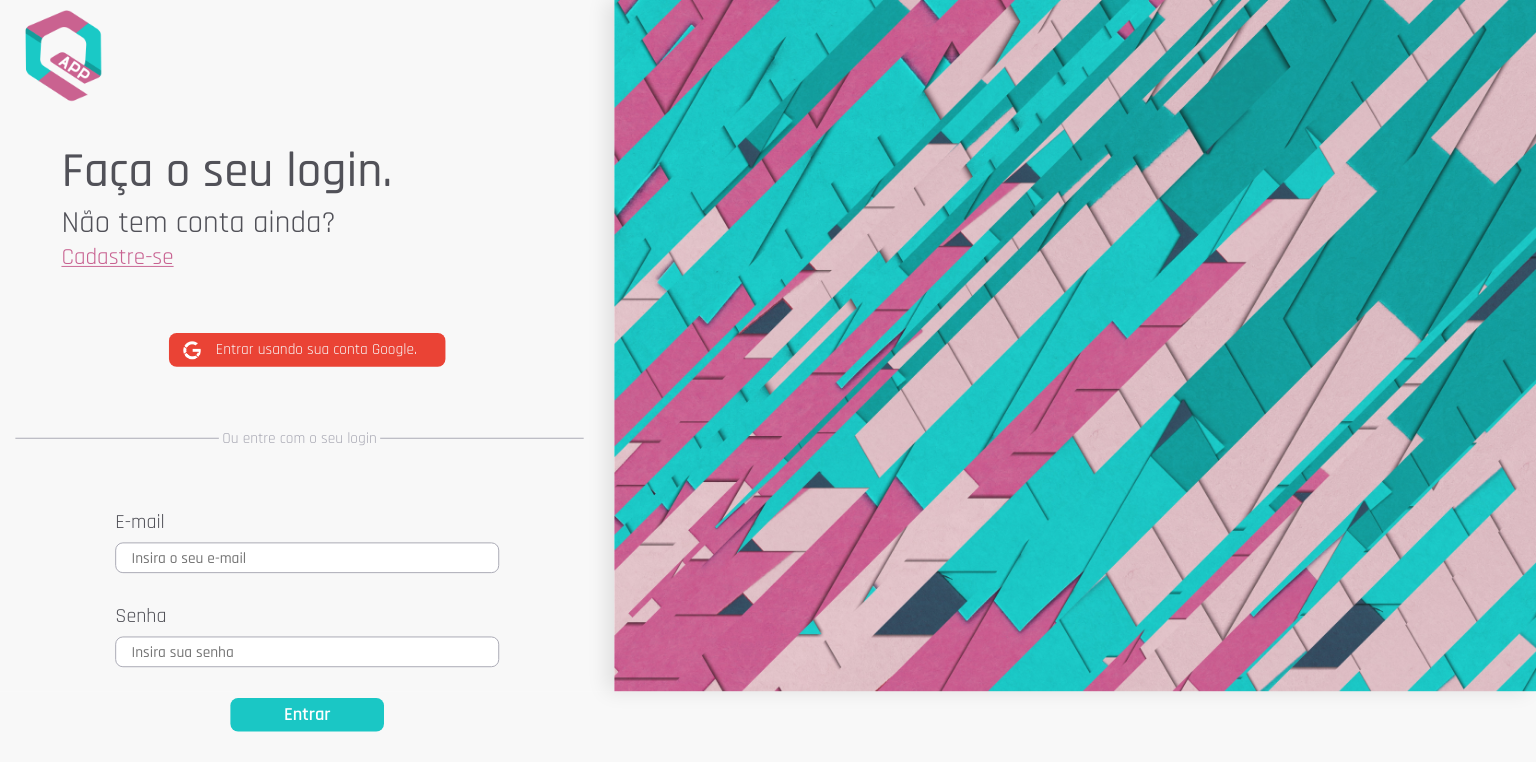
Repository: kika-cavalher/qapp-web
Page: /
The author's editor kept a copy of each file at every save. The page is drawn from the files as they stood at one save, then again after the next save.
The browser window is 1280 px wide. The page is 1600 px wide, so the pictures cover 1600 px, including what lies to the right of the window. The pictures show the whole page, at 96% of full size.
The page's requests for data from a server got no answer. The project was rebuilt for these pictures with package versions that can differ from the ones it lists, and the page was loaded fresh each time. No one was signed in, and anything a server would have sent is missing. Also part of the build but not shown: src/pages/Register.tsx.

Above is the page before, as saved 2022-02-28 14:53:55.

### public/index.html
<!DOCTYPE html>
<html lang="pt-br">
  <head>
    <meta charset="utf-8" />
    <meta name="viewport" content="width=device-width, initial-scale=1" />

    <link rel="preconnect" href="https://fonts.googleapis.com">
    <link rel="preconnect" href="https://fonts.gstatic.com" crossorigin>
    <link href="https://fonts.googleapis.com/css2?family=Rajdhani:wght@300;400;500;600;700&display=swap" rel="stylesheet">

    <title>QApp</title>
  </head>
  <body>
    <noscript>You need to enable JavaScript to run this app.</noscript>
    <div id="root"></div>
  </body>
</html>

### src/index.tsx
import React from 'react';
import ReactDOM from 'react-dom';
import App from './App';

import './styles/global/styles.scss';
import './services/firebase'


ReactDOM.render(
  <React.StrictMode>
    <App />
  </React.StrictMode>,
  document.getElementById('root')
);

### src/App.tsx
import { BrowserRouter, Routes, Route } from "react-router-dom";

import { LoginPage } from "./pages/Login";
import { RegisterPage } from "./pages/Register";

function App() {
  return (
    <BrowserRouter>
      <Routes>
        <Route path="/" element={<LoginPage />} />
        <Route path="register" element={<RegisterPage  />} />
      </Routes>
    </BrowserRouter>
  );
}

export default App;

### src/styles/global/styles.scss
@import 'variables.scss';

* {
    box-sizing: border-box;
    margin: 0;
    padding: 0;
  }

  body {
    background: $white-offwhite;
    color: $dark-grey;
  }

  body, input, button, textarea {
    font: 400 16px 'Rajdhani', sans-serif;
  }

### src/services/firebase.ts
import { initializeApp } from "firebase/app";
import { getAuth } from "firebase/auth";
import { getFirestore } from 'firebase/firestore/lite';


const firebaseConfig = {
    apiKey: process.env.REACT_APP_API_KEY,
    authDomain: process.env.REACT_APP_AUTH_DOMAIN,
    databaseURL: process.env.REACT_APP_DATABASE_URL,
    projectId: process.env.REACT_APP_PROJECT_ID,
    storageBucket: process.env.REACT_APP_STORAGE_BUCKET,
    messagingSenderId: process.env.REACT_APP_MESSAGING_SENDER_ID,
    appId: process.env.REACT_APP_APP_ID
  };

const app = initializeApp(firebaseConfig);

export const auth = getAuth();
export const db = getFirestore(app);

### src/pages/Login.tsx
import { Link } from 'react-router-dom'
import { useNavigate } from 'react-router-dom';

import imgLogin from '../assets/images/imgLogin.jpg';
import logoQapp from '../assets/images/logoQapp.png';
import googleIconImg from '../assets/icon/googleIconImg.png';

import '../styles/pages/login.scss'

import { Button } from '../components/Button';

export function LoginPage() {
    const history = useNavigate();

    function navigateToHome(e: { preventDefault: () => void; }) {
        e.preventDefault();
        history('/');
    }

    return (
        <div id="page-login">
            <main>
                <div className='page-login--main__container'>
                    <div className='page-login--main__logo'>
                        <img onClick={navigateToHome} id="img-logo" src={logoQapp} alt="Logo da empresa QApp" />
                    </div>
                    <div className='page-login--main__title'>
                        <h1>Faça o seu login.</h1>
                        <h2>Não tem conta ainda? </h2>
                        <Link to='/register' className='page-login--main__link-register'>
                        Cadastre-se
                        </Link>
                        {/* <Link to="/">Cadastre-se</Link> */}
                    </div>
                    <div className='page-login--main__google'>
                        <button className='btn__google'>
                            <img id="img-icon__google" src={googleIconImg} alt="Logo da empresa QApp" />
                            <p>Entrar usando sua conta Google.</p>
                        </button>
                    </div>
                    <div className='page-login--main__divider'>
                        <div>Ou entre com o seu login</div>
                    </div>
                    <div className='page-login--main__login-forms'>
                        <form>
                            <div className='page-login--login-forms__name'>
                                <p>E-mail</p>
                                <input type="text" placeholder="Insira o seu e-mail"/>
                            </div>
                            <div className='page-login--login-forms__password'>
                                <p>Senha</p>
                                <input type="text" placeholder="Insira sua senha"/>
                            </div>
                            <div className='btn__send'>
                                <Button type="submit">Entrar</Button>
                            </div>
                        </form>
                    </div>
                </div>

                <div className='page-login--main__img'>
                    <img src={imgLogin} alt="Imagem decorativa na pagina" />
                </div>
            </main>
        </div>
    )
}

### src/styles/global/variables.scss
//colors
$white: #fff;
$white-offwhite: #f8f8f8;
$grey_border: #a8a8b3;
$dark-grey: #515158;

$turquoise: #1ac7c5;
$dark-greenish: #119d9c;
$dark-pink: #c86291;
$light-pink: #ddbcc3;

$red_google: #ea4335;

// media queries
$monitor-width: 1300px;
@mixin monitor {
    @media (min-width: #{$monitor-width}) {
        @content;
    }
}

$notebook-width: 1300px;
@mixin notebook {
    @media (max-width: #{$notebook-width}) {
        @content;
    }
}

$tablet-width: 850px;
@mixin tablet {
    @media (max-width: #{$tablet-width}){
        @content;
    }
}

$phone-width: 500px;
@mixin phone {
    @media (max-width: #{$phone-width}){
        @content;
    }
}

$screen-slim: 800px;
@mixin slim {
    @media (max-height: #{$screen-slim}) {
        @content;
    }
}

### src/styles/pages/login.scss
@import '../global/variables.scss';


#page-login {
    background: $white-offwhite;
    display: flex;
    height: 100vh;

}

main{
    display: flex;
    flex-direction: row;
}

.page-login--main__container {
    display: flex;
    flex-direction: column;
    padding: 0 1rem;

    @include monitor {
        width: 40vw;
    }

    @include notebook {
        width: 50vw;
    }

    @include tablet {
        width: 100vw;
    }
}

.page-login--main__logo {

    #img-logo {
        cursor: pointer;
        margin-top: 0.5rem;
        width: 100px;
    }
}

.page-login--main__title {
    display: flex;
    flex-direction: column;
    margin: 2rem 3rem;

    h1 {
        font-size: 3.2rem;
        font-weight: 500;

        @include monitor {
        }

        @include notebook {
        }

        @include tablet {
        }

        @include phone {
        }

        @include slim {
        }
    }

    h2 {
        font-size: 2rem;
        font-weight: 400;
    }

    .page-login--main__link-register {
        color: $dark-pink;
        cursor: pointer;
        font-size: 1.5rem;
        font-weight: 400;
        text-decoration: underline 1px;
        text-underline-position: from-font;
            &:hover {
                font-weight: 600;
            }
        }
}

.page-login--main__google {
    align-self: center;
    display: flex;
    margin: 2rem 0;
    width: 18rem;
}

.page-login--main__divider {
    color: $grey_border;
    font-size: 1rem;

    align-items: center;
    display: flex;
    margin: 2rem 1rem 2rem 0;

    &::before {
        background: $grey_border;
        content: '';
        flex: 1;
        margin-right: 0.2rem;
        height: 1px;
    }

    &::after {
        background: $grey_border;
        content: '';
        flex: 1;
        margin-left: 0.2rem;
        height: 1px;
    }
}

.page-login--main__login-forms {
    display: flex;
    justify-content: center;
    width: 100%;

    form {
        align-items: center;
        display: flex;
        flex-direction: column;
        margin: 2rem 0;
        max-width: 25rem;
        width: 75%;

        p {
            font-size: 1.3rem
        }

        input {
            background: $white;
            border: 1px solid $grey_border;
            border-radius: 8px;
            color: $dark-grey;
            font-weight: 500;
            height: 2rem;
            margin: 0.5rem 0;
            outline: none;
            padding: 0 16px;
            width: 100%;

            &:hover {
                border: 2px solid $dark-greenish;
            }

            &:focus-visible {
                border: 2px solid $dark-greenish;
            }
        }
    }
}

.page-login--login-forms__name{
    width: 100%;
}

.page-login--login-forms__password{
    margin: 1.5rem 0;
    width: 100%;
}

.page-login--main__img {

    img {
        box-shadow: -8px 0px 20px rgba(0, 0, 0, 0.1);
        height: 100vh;
    }

    @include monitor {
        display: block;
        width: 60vw;
    }

    @include notebook {
        width: 50vw;
    }

    @include tablet {
        display: none;
    }
}

### src/components/Button.tsx
import {ButtonHTMLAttributes} from 'react'

import '../styles/global/button.scss'

type ButtonProps = ButtonHTMLAttributes<HTMLButtonElement>

export function Button (props:ButtonProps) {
    return (
        <button className="button" {...props} />
    )
}


/* import { useNavigate } from 'react-router-dom'; */


/*     const history = useNavigate();

    function navigateToRegisterPage(e: { preventDefault: () => void; }) {
        e.preventDefault();
        history('/register');
    } */

### src/styles/global/button.scss
@import '../global/variables.scss';

.btn__send {

    button {
        align-items: center;
        background: $turquoise;
        border: 0;
        border-radius: 8px;
        color: $white;
        cursor: pointer;
        display: flex;
        flex-direction: row;
        font-size: 1.2rem;
        font-weight: 600;
        height: 35px;
        justify-content: center;
        width: 10rem;
    }
}

.btn__google {
    align-items: center;
    background: $red_google;
    border: 0;
    border-radius: 8px;
    color: $white-offwhite;
    cursor: pointer;
    display: flex;
    flex-direction: row;
    height: 35px;
    transition: filter 0.2s;
    width: 100%;

    #img-icon__google {
        margin: 0 5%;
        width: 20px;
    }
}

After the next save:
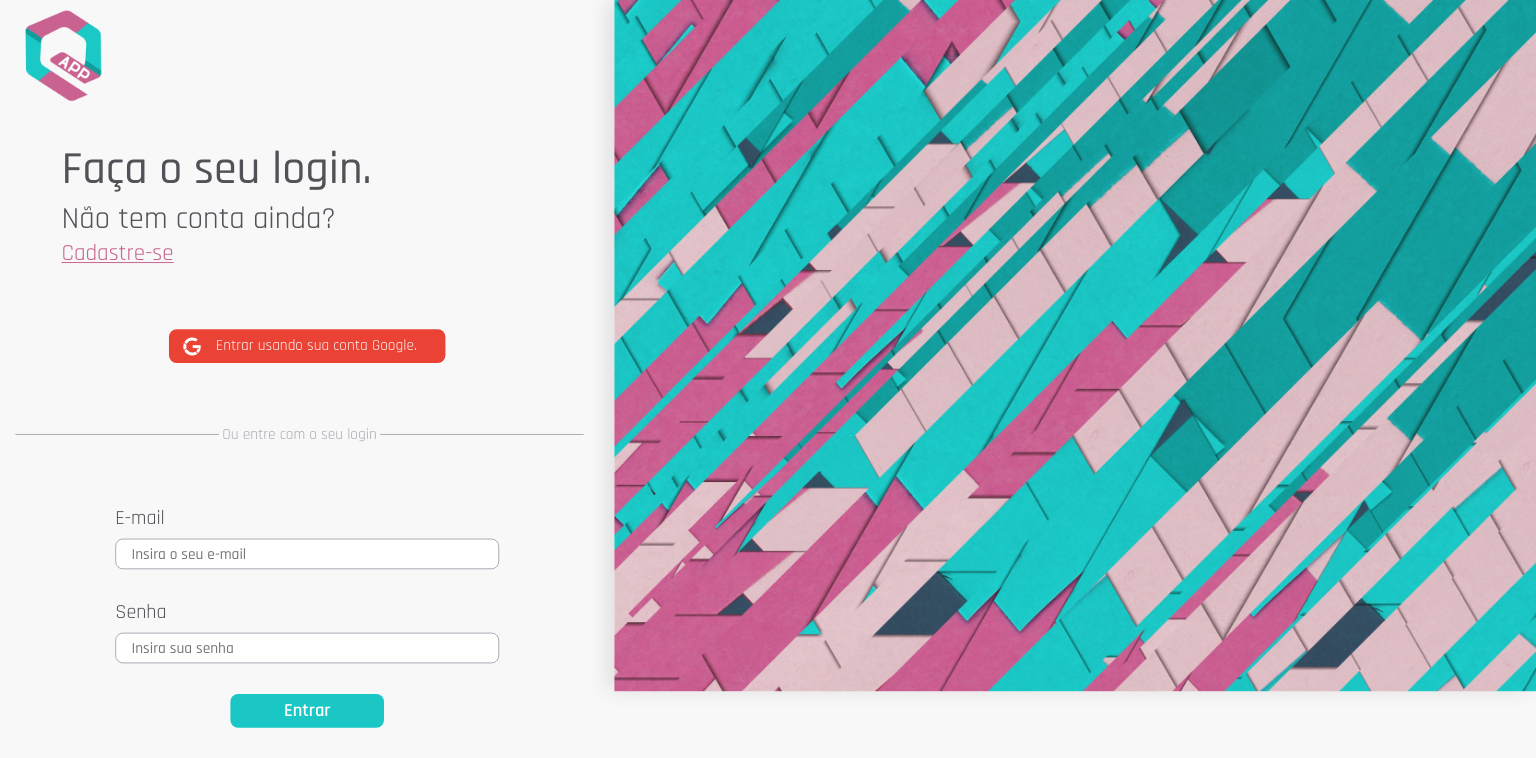
Saved 96 min 14 s later.
--- a/src/styles/pages/login.scss
+++ b/src/styles/pages/login.scss
@@ -46,13 +46,14 @@ main{
     margin: 2rem 3rem;
 
     h1 {
-        font-size: 3.2rem;
         font-weight: 500;
 
         @include monitor {
+            font-size: 3.2rem;
         }
 
         @include notebook {
+            font-size: 3rem;
         }
 
         @include tablet {
